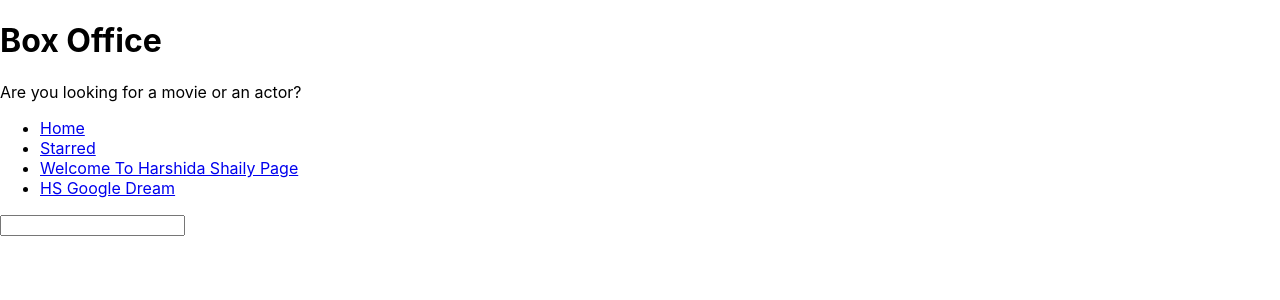
Repository: HARSHIDA18/box-office
Page: /
The author's editor kept a copy of each file at every save. The page is drawn from the files as they stood at one save, then again after a run of saves.
The browser window is 1280 px wide. The pictures show the whole page.
The project was rebuilt for these pictures with package versions that can differ from the ones it lists, and the page was loaded fresh each time. A package was used in the major version that the imports need, not the one package.json lists. Also part of the build but not shown: src/pages/Starred.js. Imported but missing from the stored project, and not drawn on this page: src/serviceWorkerRegistration.

Above is the page before, as saved 2022-06-17 01:52:35.

After the next 3 saves:
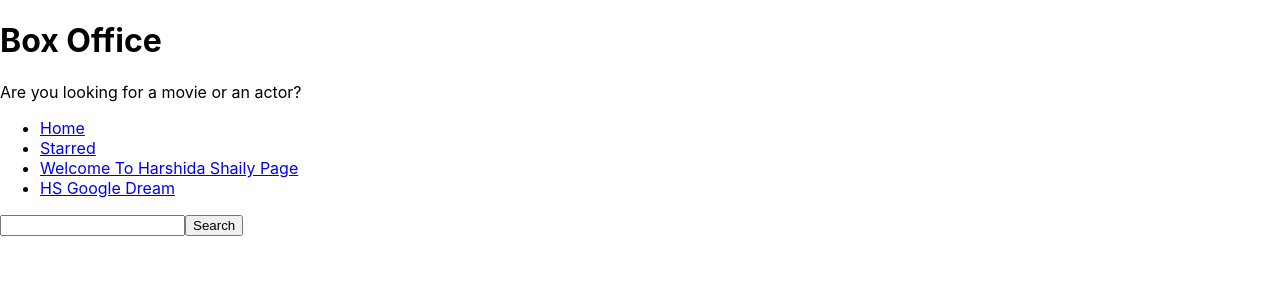
The 3 saves are shown as one change because 2 did not build or start.
The last was saved 91 s later.
--- a/src/pages/Home.js
+++ b/src/pages/Home.js
@@ -8,9 +8,13 @@ function Home() {
   const onInputChange = ev => {
     setInput(ev.target.value);
   };
+  const onSearch = () => {};
   return (
     <MainPageLayout>
       <input type="text" onChange={onInputChange} value={input} />
+      <button type="button" onClick={onSearch}>
+        Search
+      </button>
     </MainPageLayout>
   );
 }
